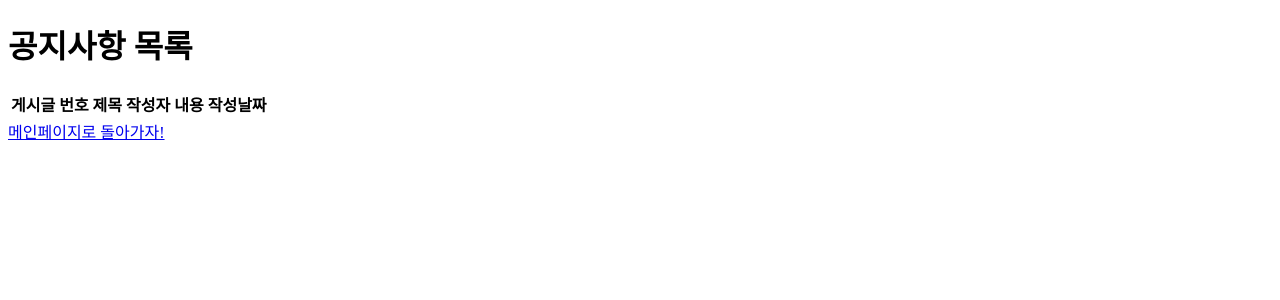
Repository: pvntlc/D-IT-Tech-Internship
Page: http://localhost/Day3_CMS/Notice.do?action=VIEW
An editor plug-in stored every save of this project. The page is shown before and after the next save, followed by the edit.
The browser window is 1280 px wide. The pictures show the whole page.
The page is served by Tomcat 9. Queries for data that is not in the repository find no rows.

Above is the page before, as saved 2023-09-12 08:24:59.

After the next save:
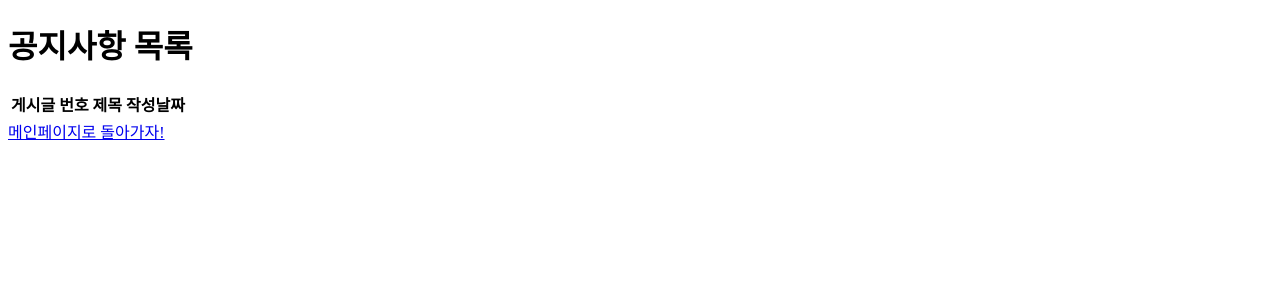
Saved 44 s later.
--- a/work_web/Day3_CMS/src/main/webapp/nolist.jsp
+++ b/work_web/Day3_CMS/src/main/webapp/nolist.jsp
@@ -13,12 +13,10 @@
 		<tr>
 		<th>게시글 번호</th>
 			<th>제목</th>
-			<th>작성자</th>
-			<th>내용</th>
 			<th>작성날짜</th>
 		</tr>
 		<c:forEach var="nos" items="${nos}">
-		<tr><td><a href="Notice.do?action=LIST&cnum=${nos.seq} "> ${nos.seq}</td><td>${nos.title}</td><td>${nos.writer}</td><td>${nos.cont}</td><td>${nos.createdat}</td></tr>
+		<tr><td><a href="Notice.do?action=LIST&cnum=${nos.seq} "> ${nos.seq}</td><td>${nos.title}</td><td>${nos.createdat}</td></tr>
 		</c:forEach>
 	</table>
 <a href="index.html">메인페이지로 돌아가자!</a>
